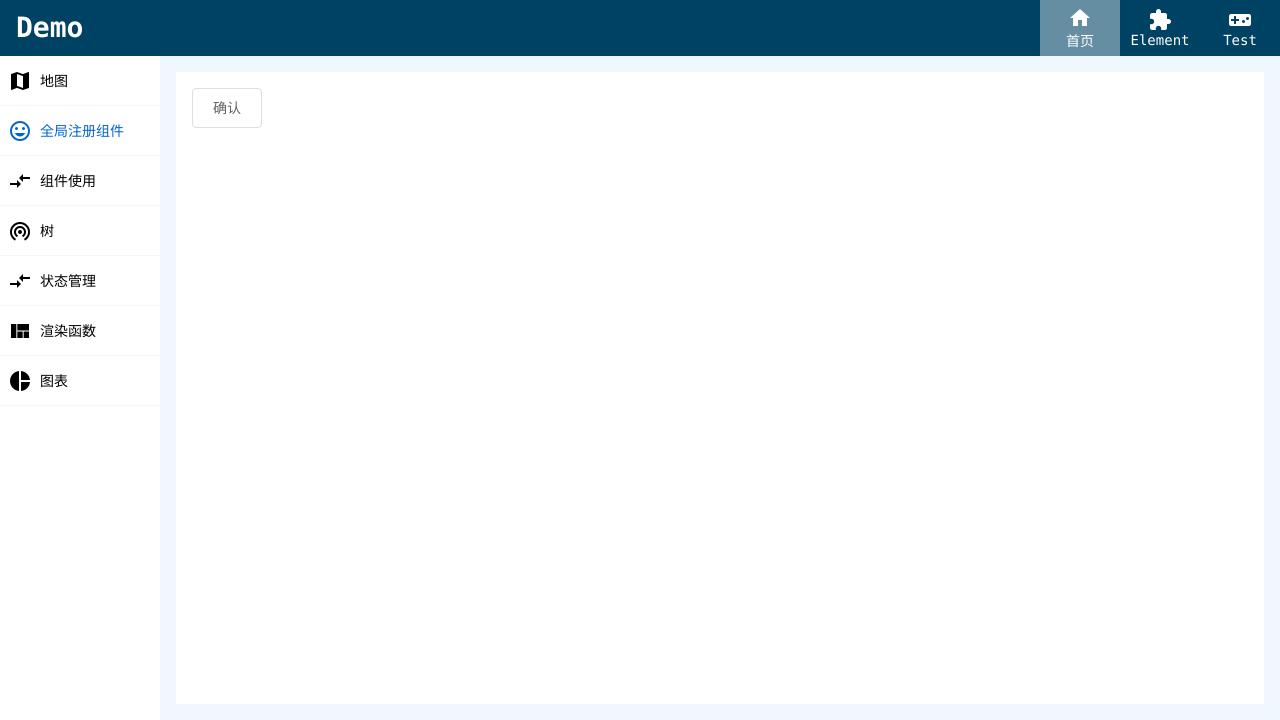
Repository: zh-webliker/element-vue
Page: /Main/Icon
These files come from the project's save history. The page is drawn as it stood at one moment and after the next save; the edit follows.
The browser window is 1280 px wide. The pictures show the whole page.
The project was rebuilt for these pictures with package versions that can differ from the ones it lists, and the page was loaded fresh each time. Also part of the build but not shown: vue.config.js, src/components/baseComponts/Basetitle.vue. Imported but missing from the stored project, and not drawn on this page: src/json/contour, src/json/hl.

Above is the page before, as saved 2020-09-11 16:15:47.

### public/index.html
<!DOCTYPE html>
<html lang="en">
  <head>
    <meta charset="utf-8">
    <meta http-equiv="X-UA-Compatible" content="IE=edge">
    <meta name="viewport" content="width=device-width,initial-scale=1.0">
    <link rel="icon" href="<%= BASE_URL %>favicon.ico">
    <title>demo</title>

  </head>
  <body>
    <noscript>
      <strong>We're sorry but demo doesn't work properly without JavaScript enabled. Please enable it to continue.</strong>
    </noscript>
    <div id="app"></div>
    <!-- built files will be auto injected -->
  </body>
</html>

### src/main.js
import Vue from 'vue'
import App from './App.vue'
import router from './router'
import store from './store/store'

import './style/style.scss'
import 'material-icons'

/***
 * 初始化axios
 * https://www.kancloud.cn/yunye/axios/234845
 */
import axios from 'axios'
axios.defaults.baseURL = process.env.NODE_ENV === 'production' ? '/' : '/api';
axios.defaults.headers.withCredentials = true;
Vue.prototype.$axios = axios;

// import './style/test.scss'

/**
 * element
 * */
import Element from 'element-ui'
import './style/element-variables.scss'
Vue.use(Element);


Vue.config.productionTip = false;

// import upperFirst from 'lodash/upperFirst'
// import camelCase from 'lodash/camelCase'

// const requireComponent = require.context(
//   // 其组件目录的相对路径
//   // '../src/components/baseComponts',
//   './components/baseComponts',
//   // 是否查询其子目录
//   false,
//   // 匹配基础组件文件名的正则表达式
//   /Base[A-Z]\w+\.(vue|js)$/
// )
// console.log(requireComponent.keys())
// requireComponent.keys().forEach(fileName => {
//   // 获取组件配置
//   const componentConfig = requireComponent(fileName)
//   // 这个地方直接传入filename其实就是内部会调用了resolve方法，会返回对应的文件内容（不理解可以console一下看看）
//   // 获取组件的 PascalCase 命名
//   const componentName = upperFirst(
//     camelCase(
//       // 获取和目录深度无关的文件名
//       fileName
//         .split('/')
//         .pop()
//         .replace(/\.\w+$/, '')
//     )
//   )

//   // 全局注册组件
//   Vue.component(
//     componentName,
//     // 如果这个组件选项是通过 `export default` 导出的，
//     // 那么就会优先使用 `.default`，
//     // 否则回退到使用模块的根。
//     componentConfig.default || componentConfig
//   )
// })
import Basebutton from './components/baseComponts/Basebutton.vue'
import Basetitle from './components/baseComponts/Basetitle.vue'
Vue.component('Basebutton', Basebutton)
Vue.component('Basetitle', Basetitle)
new Vue({
  router,
  store,
  render: h => h(App)
}).$mount('#app');

### src/App.vue
<template>
  <div id="app">

    <!--header标签和下面的nav标签，是H5新增的标签，相当于有语义的div-->
    <header class="header">

      <h1>{{appName}}</h1>

      <nav>

        <!--router-link是vue自带组件，用于项目内跳转，会编译成a标签-->
        <router-link to="/Main">
          <i class="material-icons">home</i>
          <span>首页</span>
        </router-link>
        <router-link to="/Element">
          <i class="material-icons">extension</i>
          <span>Element</span>
        </router-link>

        <router-link to="/Test">
          <i class="material-icons">videogame_asset</i>
          <span>Test</span>
        </router-link>
        <!--<router-link to="/">
          <i class="material-icons">logout</i>
          <span>退出</span>
        </router-link>-->
      </nav>
    </header>

    <router-view/>

  </div>
</template>

<script>
  const appName = "Demo";

  export default ({
    name: "App",
    data(){
      return {
        appName
      }
    }
  })

</script>

<style lang="scss">

</style>

### src/router.js
import Vue from 'vue'
import Router from 'vue-router'

Vue.use(Router);

export default new Router({
  mode: 'history',
  routes: [
    {
      path: "/",
      redirect: "/Main"
    },
    {
      name: "Main",
      path: "/Main",
      component: ()=> import('./views/main/Main.vue'),
      children: [
        {
          path: "/",
          redirect: "/Main/Map"
        },
        {
          //在router-link跳转中，如果路由设置了name，也可以用name替代path
          name: "Map",
          path: "/Main/Map",
          component: ()=> import('./views/main/Map.vue')
        },
        {
          name: "Icon",
          path: "/Main/Icon",
          component: ()=> import('./views/main/Icon.vue')
        },
        {
          name: "Tree",
          path: "/Main/Tree",
          component: ()=> import('./views/main/Tree.vue')
        },
        {
          name: "Storage",
          path: "/Main/Storage",
          component: ()=> import('./views/main/Storage.vue')
        },
        {
          name: "Storage2",
          path: "/Main/Storage2",
          component: ()=> import('./views/main/Storage2.vue')
        },
        {
          name: "Deliver",
          path: "/Main/Deliver",
          component: ()=> import('./views/main/Deliver.vue')
        },
        {
          name: "Charts",
          path: "/Main/Charts",
          component: ()=> import('./views/main/Charts.vue')
        }
      ]
    },
    {
      name: "Element",
      path: "/Element",
      component: ()=> import('./views/element/ElementMain.vue'),
      children: [
        {
          path: "/",
          redirect: "/Element/Table"
        },
        {
          name: "Table",
          path: "/Element/Table",
          component: ()=> import('./views/element/Table.vue'),
        },
        {
          name: "Tab",
          path: "/Element/Tab",
          component: ()=> import('./views/element/Tab.vue'),
        },
        {
          name: "Form",
          path: "/Element/Form",
          component: ()=> import('./views/element/Form.vue'),
        },
        {
          name: "Tree",
          path: "/Element/Tree",
          component: ()=> import('./views/element/Tree.vue'),
        }
      ]
    },

    {
      name: "Test",
      path: "/Test",
      component: ()=> import('./views/test/Test.vue'),
      redirect: "/Test/Mixin",

      children:[
        {
          name: "Mixin",
          path: "/Test/Mixin",
          component: ()=> import('./views/test/mixins/Index.vue')
        },
        {
          name: "DraggableModule",
          path: "/Test/DraggableModule",
          component: ()=> import('./views/test/draggable/DraggableModule.vue')
        }
      ]
    },

    //把404页面放到最后匹配剩下的全部页面
    {
      name: "404",
      path: "*",
      component: ()=> import('./views/404.vue'),
    }

  ]
})

### src/store/store.js
import Vue from 'vue'
import Vuex from 'vuex'

import StorageStore from './StorageStore'

Vue.use(Vuex);

export default new Vuex.Store({
  state: {

  },
  mutations: {

  },
  actions: {

  },

  //引入模组store
  modules: {
    storage: StorageStore
  }
})

### src/style/style.scss


/*theme*/
$primaryColor: #0065cb;
$primaryTextColor: white;
$primaryBgColor: #004264;
$bgColor: white;

/*global*/
a {
  text-decoration: none;
  color: inherit;
}
.page {
  position: absolute;
  top: 56px;
  bottom: 0;
  left: 0;
  right: 0;
  background-color: aliceblue;
}


/*body*/
body{
  padding: 0; margin: 0;
  font-family: 'Consolas', 'Microsoft YaHei UI';
  font-size: 14px;
}

/*header*/
header {
  background-color: $primaryBgColor;
  color: $primaryTextColor;
  padding: 0 16px;
  position: relative;
  height: 56px;

  h1 {
    margin: 0;
    line-height: 56px;
  }

  nav {
    position: absolute;
    right: 0;
    top: 0;
    height: 100%;
    cursor: pointer;
    display: flex;
    justify-content: center;

    a {
      display: inline-flex;
      width: 80px;
      height: 100%;
      justify-content: center;
      flex-direction: column;
      text-align: center;

      &:hover{
        background-color: rgba(255,255,255,0.1);
      }

      &.router-link-active{
        background-color: rgba(255,255,255,0.4);
      }
    }
  }
}

/*left navbar*/
.left-nav {
  position: absolute;
  width: 160px;
  top: 0;
  bottom: 0;
  left: 0;
  background-color: white;
  //color: $primaryTextColor;


  a {
    position: relative;
    display: flex;
    width: 100%;
    height: 50px;
    cursor: pointer;

    &:hover{
      //background-color: rgba(100,100,100,0.1);
      color: rgb(100,100,100);
    }
    &.router-link-active{
      //background-color: rgba(0,0,0,0.1);
      color: $primaryColor;
    }
    &:after{
      content: "";
      position: absolute;
      bottom: 0;
      width: 100%;
      height: 1px;
      //transform: scaleY(0.5);
      background-color: aliceblue;
    }

    i {
      line-height: 50px;
      width: 40px;
      text-align: center;
      font-size: 24px;
    }
    span {
      line-height: 50px;
      font-size: 14px;
    }

  }
}


.page-content {
  position: absolute;
  left: 160px;
  top: 0;
  bottom: 0;
  right: 0;
  //background-color: aliceblue;
  margin: 16px;
  padding: 16px;
  background-color: white;
  overflow-y: auto;
  overflow-x: auto;

  article{
    padding-bottom: 80px;
  }
}

### src/style/element-variables.scss
/* 改变主题色变量 */
$--color-primary: #00806a;

/* 改变 icon 字体路径变量，必需 */
$--font-path: '~element-ui/lib/theme-chalk/fonts';

@import "~element-ui/packages/theme-chalk/src/index";

.el-main>div:nth-child(2){
  padding: 16px;
}

### src/components/baseComponts/Basebutton.vue
<template>
  <div>
    <el-button :type="tpye">确认</el-button>
  </div>
</template>

<script>
export default {
  name: 'Basebutton',
  props: {
    type: {
      type: String,
      default: 'primary'
    }
  }
}
</script>

<style>

</style>

### src/views/main/Main.vue
<template>
  <div class="page">

    <nav class="left-nav">
      <router-link to="Map">
        <i class="material-icons">map</i>
        <span>地图</span>
      </router-link>
      <router-link to="Icon">
        <i class="material-icons">insert_emoticon</i>
        <span>全局注册组件</span>
      </router-link>
      <router-link to="Storage2">
        <i class="material-icons">compare_arrows</i>
        <span>组件使用</span>
      </router-link>
      <router-link to="Tree">
        <i class="material-icons">wifi_tethering</i>
        <span>树</span>
      </router-link>
      <router-link to="Storage">
        <i class="material-icons">compare_arrows</i>
        <span>状态管理</span>
      </router-link>
      <router-link to="Deliver">
        <i class="material-icons">view_quilt</i>
        <span>渲染函数</span>
      </router-link>
      <router-link to="Charts">
        <i class="material-icons">pie_chart</i>
        <span>图表</span>
      </router-link>
    </nav>

    <div class="page-content">
      <router-view/>
    </div>
  </div>
</template>

<script>
  export default {
    name: "Main"
  }
</script>

<style scoped>

</style>

### src/views/main/Icon.vue
<template>
  <div>
    <Basebutton></Basebutton>
  </div>
</template>

<script>
  export default {
    name: "Icon"
  }
</script>

<style scoped>
</style>

### src/store/StorageStore.js

//vuex store 模块
//https://vuex.vuejs.org/zh/guide/modules.html

export default {

  //开启命名空间
  namespaced: true,

  //状态
  state: {
    "storageText": "请输入一些文字",
    "storageTime": 0
  },

  //set操作
  mutations: {
    setText: (state, text)=> state.storageText = text,
    setTime: (state, time)=> state.storageTime = time
  },

  //批量操作，可以执行异步
  actions: {
    setStorage(context, obj){
      context.commit('setText', obj.text);
      context.commit('setTime', obj.time);
    }
  },

  //get操作
  getters:{
    getText(state) {
      return state.storageText;
    },
    getTime(state) {
      return state.storageTime;
    },
    getNextTime(state){
      return state.storageTime + 60;
    }
  }
}

After the next save:
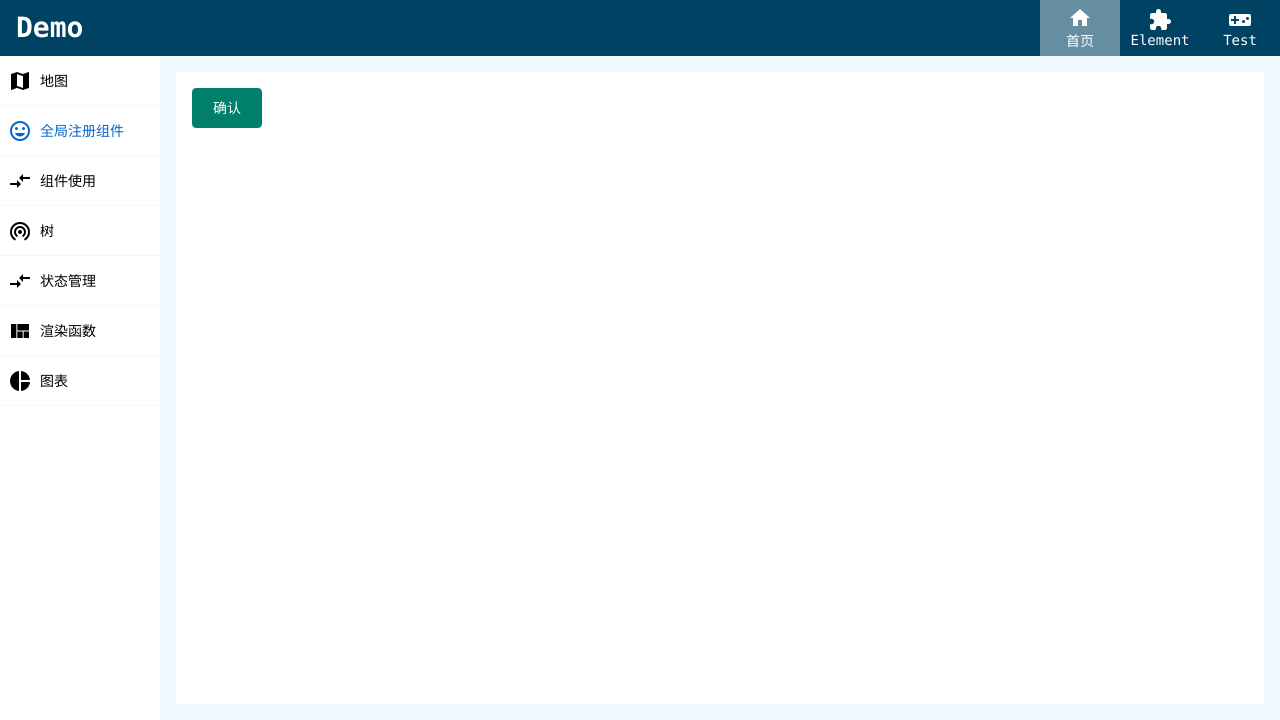
Saved 21 s later.
--- a/src/components/baseComponts/Basebutton.vue
+++ b/src/components/baseComponts/Basebutton.vue
@@ -1,6 +1,6 @@
 <template>
   <div>
-    <el-button :type="tpye">确认</el-button>
+    <el-button :type="type">确认</el-button>
   </div>
 </template>
 
